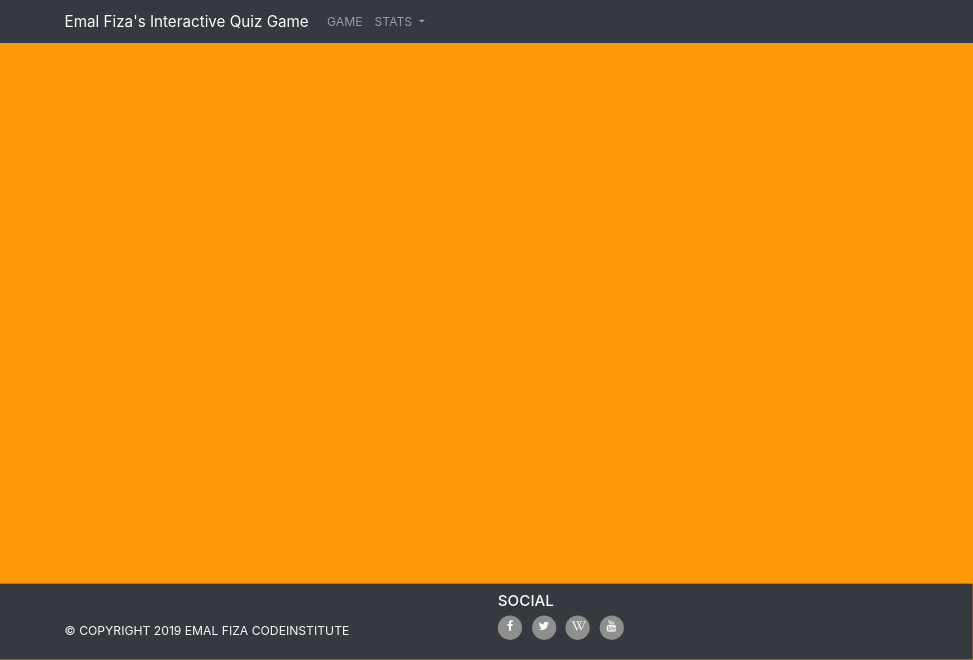
Repository: emalfiza/interactive-quiz-game
Page: index.html
The author's editor kept a record of every edit. The page is drawn from the files as they stood at one moment, then again after the next edit.
The browser window is 1280 px wide. The pictures show the whole page, at 76% of full size.
Some web fonts or font styles are not loaded; a fallback is used. Some web libraries are served in a nearby version.

Above is the page before.
Console error: TypeError: $(...).scrollspy is not a function

After the next edit:
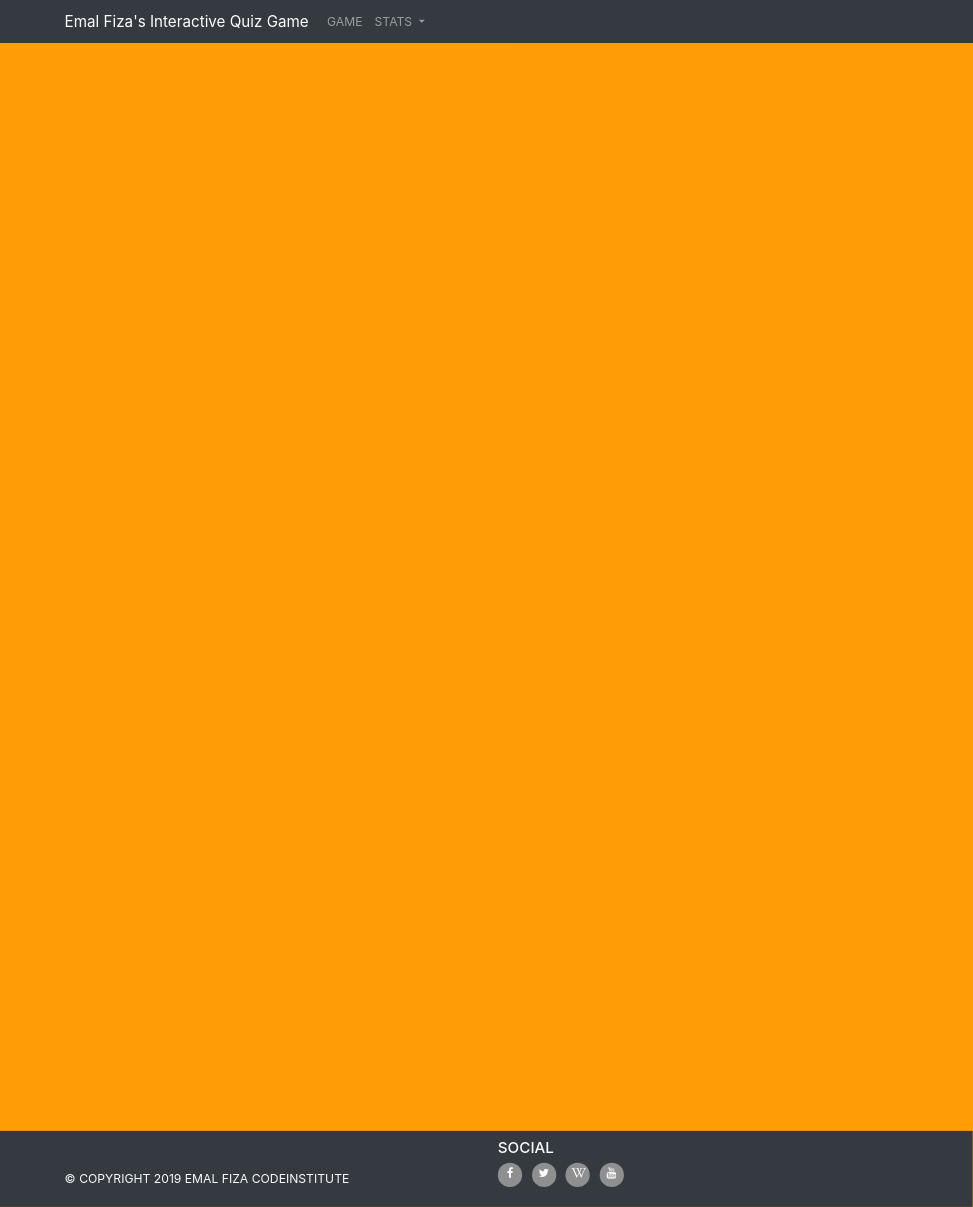
The edit:
--- a/index.html
+++ b/index.html
@@ -51,7 +51,7 @@
     <main class="pt-5">
 
         <!-- section to hold content for quiz game -->
-        <section class="game" class="min-vw-100 min-vh-100"></section>
+        <section id="game" class="min-vw-100 min-vh-100">
 
         </section>
 
